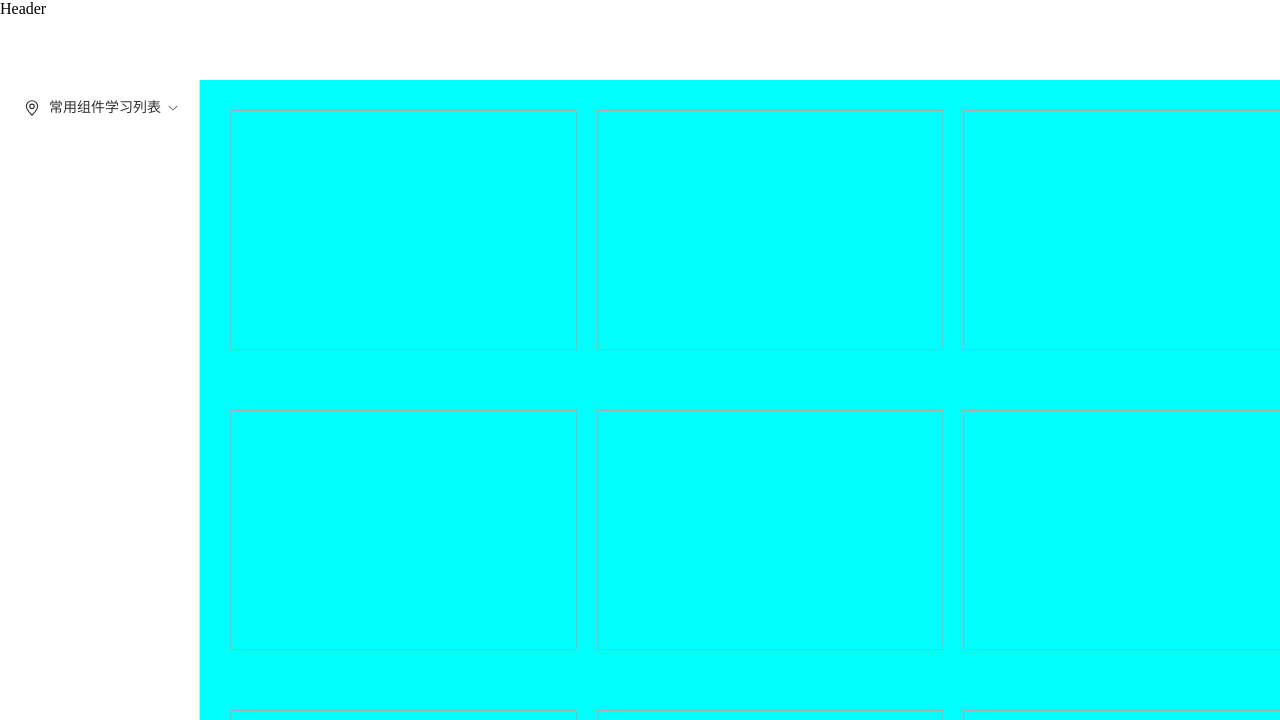
Repository: 553559555/vue3-project
Page: /#/index (app in vue3-app/)
The author's editor kept a copy of each file at every save. The page is drawn from the files as they stood at one save, then again after the next save.
The browser window is 1280 px wide. The pictures show the whole page.
An inner scrolling area shows only its first screen. The project was rebuilt for these pictures with package versions that can differ from the ones it lists, and the page was loaded fresh each time. Also part of the build but not shown: vue3-app/vite.config.ts.

Above is the page before, as saved 2025-03-24 10:57:22.

### vue3-app/src/main.ts
import { createApp } from 'vue'
import ElementPlus from 'element-plus'
import 'element-plus/dist/index.css'
import router from './router'
import pinia from './stores'
import './style.css'
import App from './App.vue'

const app = createApp(App)
app.use(ElementPlus)
app.use(router)
app.use(pinia)

app.mount('#app')

### vue3-app/src/router/index.ts
import { createRouter, createWebHashHistory, createWebHistory } from 'vue-router'
import type { RouteRecordRaw } from 'vue-router'

const routes: Array<RouteRecordRaw> = [
  {
    path: '/',
    name: 'Login',
    component: () => import('../views/login.vue')
  },
  {
    path: '/index',
    name: 'index',
    component: () => import('../views/index.vue'),
    children: [
      {
        path: '',
        name: 'Home',
        component: () => import('../views/Home.vue')
      },
      {
        path: '/about',
        name: 'About',
        component: () => import('../views/About.vue')
      }
    ]
  }

]

const router = createRouter({
  history: createWebHashHistory(),
  routes
})

export default router

### vue3-app/src/stores/index.ts
import { createPinia } from 'pinia'

const pinia = createPinia()

export default pinia

### vue3-app/src/style.css
/* CSS 重置 */
* {
  margin: 0;
  padding: 0;
  box-sizing: border-box;
}

### vue3-app/src/App.vue
<script setup lang="ts">
import { RouterView } from 'vue-router'
</script>

<template>
    <router-view />
</template>

### vue3-app/src/views/index.vue
<template>
    <div>
        <el-header>Header</el-header>
        <el-container>
            <el-aside width="200px">
                <home-left />
            </el-aside>
            <el-main>
                <router-view>
                </router-view>
            </el-main>
        </el-container>
    </div>
</template>

<script setup>

import { RouterView } from 'vue-router'
import HomeLeft from './components/home-left.vue'

</script>



<style scoped lang="scss">
div {
    width: 100vw;
    height: 100vh;
    box-sizing: border-box;

    .el-header {
        height: 80px;
        padding: 0;
    }


    .el-container {
        height: calc(100vh - 80px);
    }

    .el-main {
        margin: 0px;
        padding: 0px;
        width: 100%;
        height: 100%;
    }
}
</style>

### vue3-app/src/views/Home.vue
<template>
  <div class="home-container">
    <el-row class="row">
      <el-col :span="8">
        <div class="grid-content ep-bg-purple-dark" />
      </el-col>
      <el-col :span="8">
        <div class="grid-content ep-bg-purple-dark" />
      </el-col>
      <el-col :span="8">
        <div class="grid-content ep-bg-purple-dark" />
      </el-col>
    </el-row>

    <el-row class="row">
      <el-col :span="8">
        <div class="grid-content ep-bg-purple-dark" />
      </el-col>
      <el-col :span="8">
        <div class="grid-content ep-bg-purple-dark" />
      </el-col>
      <el-col :span="8">
        <div class="grid-content ep-bg-purple-dark" />
      </el-col>
    </el-row>

    <el-row class="row">
      <el-col :span="8">
        <div class="grid-content ep-bg-purple-dark" />
      </el-col>
      <el-col :span="8">
        <div class="grid-content ep-bg-purple-dark" />
      </el-col>
      <el-col :span="8">
        <div class="grid-content ep-bg-purple-dark" />
      </el-col>
    </el-row>

  </div>
</template>

<script lang="ts" setup>

</script>

<style scoped lang="scss">
.home-container {
  width: 100%;
  height: 100%;
  background-color: aqua;
  box-sizing: border-box;

  .row {
    padding: 20px;
    height: 300px;
    flex-wrap: nowrap;
    box-sizing: border-box;

    .el-col {
      margin: 10px;
      border: solid 1px #aaa;
    }
  }
}
</style>

### vue3-app/src/views/components/home-left.vue
<template>
    <div class="home-left-container">
        <el-menu default-active="2" class="el-menu-vertical-demo" @open="handleOpen" @close="handleClose"
            @select="handleSelect">
            <el-sub-menu v-for="(items, index) in listData" :index="items.name" :key="index">
                <template #title>
                    <el-icon>
                        <location />
                    </el-icon>
                    <span>{{ items.name }}</span>
                </template>
                <el-menu-item v-for="(item, index) in items.children" :index="item.name" :key="index">
                    <el-icon>
                        <location />
                    </el-icon>
                    <span>{{ item.name }}</span>
                </el-menu-item>
            </el-sub-menu>
        </el-menu>
    </div>
</template>

<script setup>
import { Location } from "@element-plus/icons-vue";

import { reactive, ref } from "vue";
const listData = reactive([
    {
        name: "常用组件学习列表",
        children: [
            {
                name: 'button'
            },
            {
                name: 'input'
            }
        ],
    },
]);
const isCollapse = ref(true);
const handleOpen = (key, keyPath) => {
    console.log(key, keyPath);
};
const handleClose = (key, keyPath) => {
    console.log(key, keyPath);
};

const handleSelect = (key, keyPath) => {
    console.log(key, keyPath);
};
</script>

<style scoped lang="scss">
.home-left-container {
    height: 100%;
    width: 100%;
    background-color: #fff;

    .el-menu-vertical-demo:not(.el-menu--collapse) {
        width: 200px;
        min-height: 100%;
    }
}
</style>

Loaded but not shown: vue3-app/index.html (common file)

After the next save:
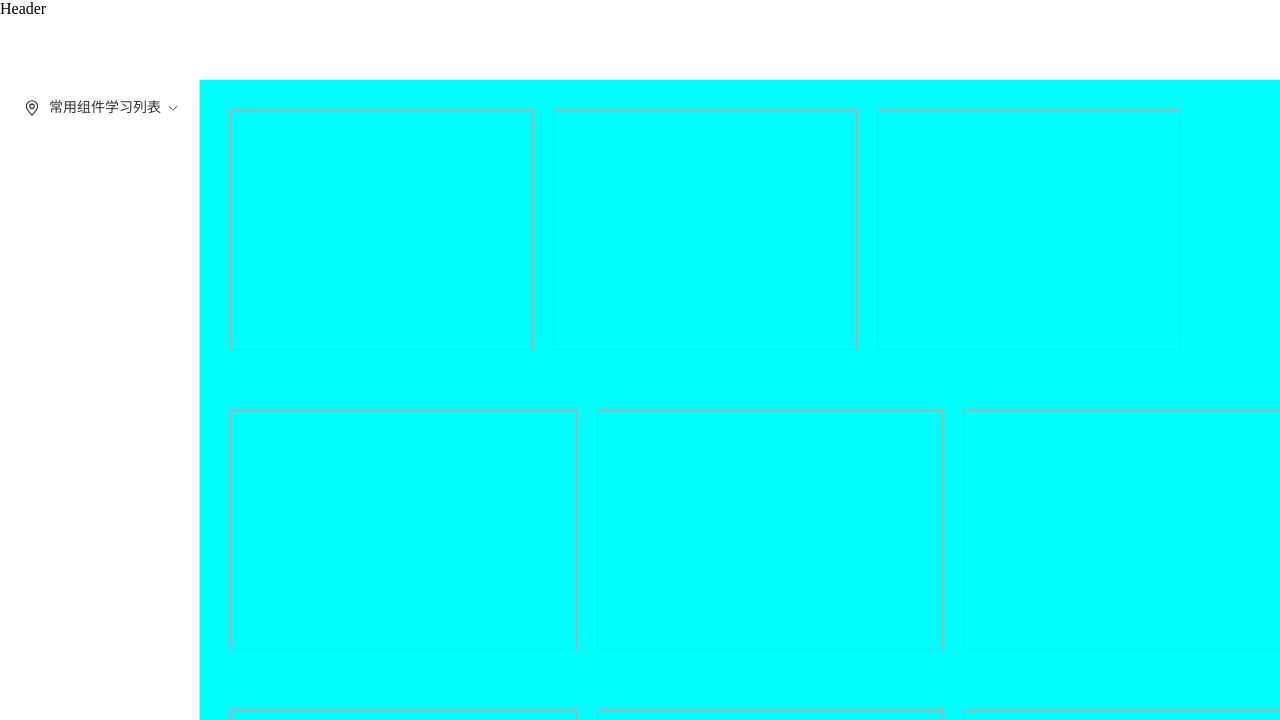
Saved 21 s later.
--- a/vue3-app/src/views/Home.vue
+++ b/vue3-app/src/views/Home.vue
@@ -1,13 +1,13 @@
 <template>
   <div class="home-container">
     <el-row class="row">
-      <el-col :span="8">
+      <el-col :span="7">
         <div class="grid-content ep-bg-purple-dark" />
       </el-col>
-      <el-col :span="8">
+      <el-col :span="7">
         <div class="grid-content ep-bg-purple-dark" />
       </el-col>
-      <el-col :span="8">
+      <el-col :span="7">
         <div class="grid-content ep-bg-purple-dark" />
       </el-col>
     </el-row>
